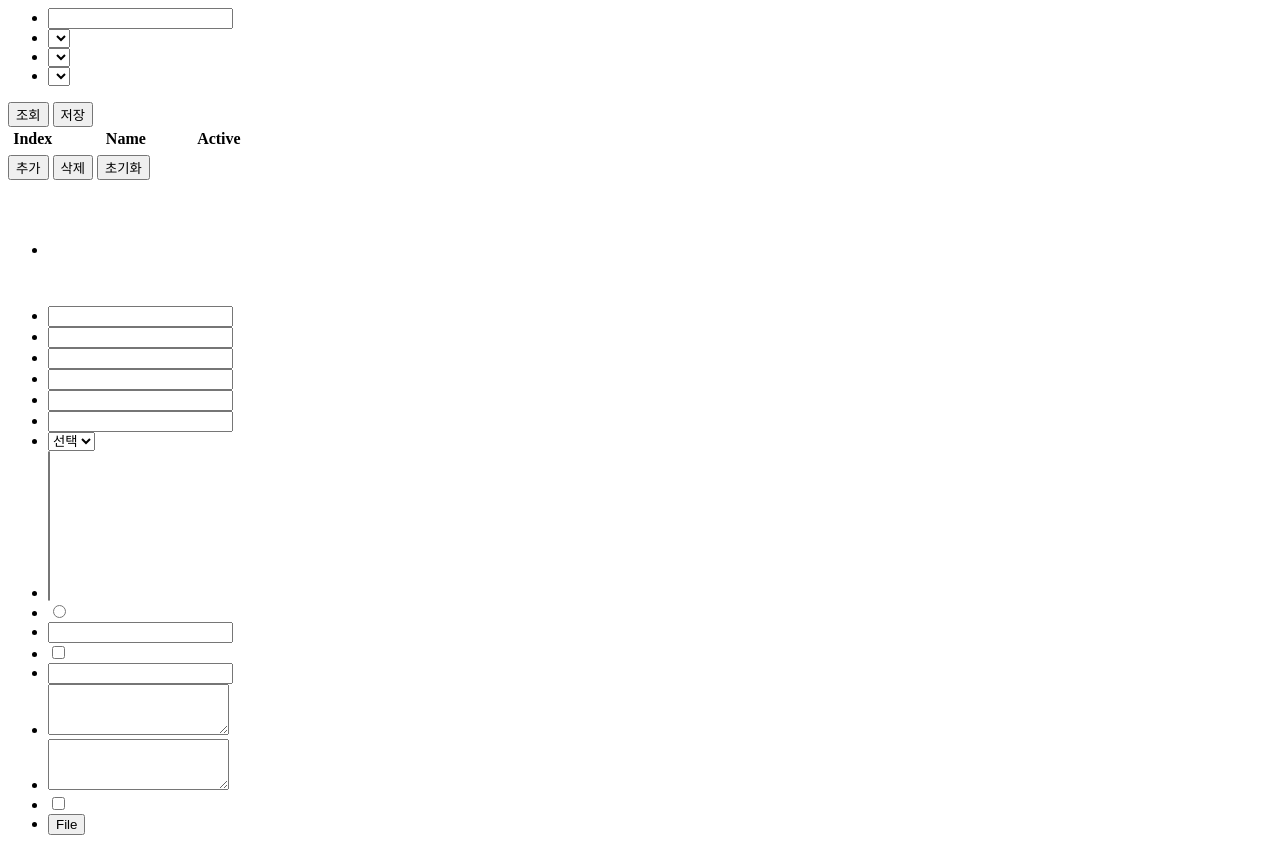
Repository: bbalganjjm/natural_js_boot
Page: src/main/resources/static/html/com/app/sample/type0401.html
The author's editor kept a copy of each file at every save. The page is drawn from the files as they stood at one save, then again after the next save.
The browser window is 1280 px wide. The pictures show the whole page.

Above is the page before, as saved 2021-03-18 17:18:26.
Console error: ReferenceError: N is not defined

### src/main/resources/static/html/com/app/sample/type0401.html
<article class="type0401">
    <div id="search" class="form__">
        <div class="criteria-panel">
            <ul>
                <li><input id="name" type="text" class="mdc-text-field" data-type="filled" data-label="Name"></li>
                <li><select id="age" class="mdc-njs-select" data-label="Age"><option value=""></option></select></li>
                <li><select id="gender" class="mdc-njs-select" data-label="Gender"><option value=""></option></select></li>
                <li><select id="eyeColor" class="mdc-njs-select" data-label="Eye Color"><option value=""></option></select></li>
            </ul>
        </div>
    </div>

    <div class="flex-horizental">
        <div style="max-width: 33%;">
            <div class="btn-panel">
                <button id="btnSearch" class="btn-search mdc-button mdc-button--raised" data-icon="youtube_searched_for">조회</button>
                <button id="btnSave" class="mdc-button" data-icon="save_alt">저장</button>
            </div>
            <table id="master" class="grid__">
                <colgroup>
                    <col style="width: 20%;">
                    <col style="width: 60%;">
                    <col style="width: 20%;">
                </colgroup>
                <thead>
                    <tr>
                        <th>Index</th>
                        <th>Name</th>
                        <th>Active</th>
                    </tr>
                </thead>
                <tbody>
                    <tr>
                        <td id="index" style="text-align: center;"></td>
                        <td id="name"></td>
                        <td id="isActive" style="text-align: center;"></td>
                    </tr>
                </tbody>
            </table>
        </div>

        <div>
            <div class="btn-panel">
                <button id="btnAdd" class="mdc-button" data-icon="playlist_add">추가</button>
                <button id="btnDelete" class="mdc-button" data-icon="delete_sweep">삭제</button>
                <button id="btnRevert" class="mdc-button" data-icon="restart_alt">초기화</button>
            </div>
            <ul id="detail" class="form__">
                <li>
                    <span rowspan="7" style="text-align: center; vertical-align: middle;">
                        <img id="picture" height="110">
                    </span>
                </li>
                <li>
                    <span><input id="name" type="text" data-validate='[["required"]]' class="mdc-text-field" data-type="filled" data-label="Name"></span>
                </li>
                <li>
                    <span>
                        <input id="deptNm" type="text" data-validate='[["required"]]' readonly="readonly" class="mdc-text-field" data-type="filled" data-label="Department Name" data-trailingicon="search">
                    </span>
                </li>
                <li>
                    <span><input id="email" type="text" data-validate='[["required"], ["email"]]' class="mdc-text-field" data-type="filled" data-label="Email"></span>
                </li>
                <li>
                    <span><input id="key" type="text" data-format='[["generic", "@@＊＊＊＊＊＊"]]' data-validate='[["required"]]' class="mdc-text-field" data-type="filled" data-label="Key"></span>
                </li>
                <li>
                    <span><input id="balance" type="text" data-format='[["numeric", "$#,###.##0"]]' data-validate='[["required"], ["number"]]' class="mdc-text-field" data-type="filled" data-label="Balance"></span>
                </li>
                <li>
                    <span><input id="phone" type="text" data-validate='[["required"]]' class="mdc-text-field" data-type="filled" data-label="Phone"></span>
                </li>
                <li>
                    <span><select id="eyeColor" data-validate='[["required"]]' class="mdc-njs-select" data-label="Eye Color"><option>선택</option></select></span>
                </li>
                <li>
                    <span rowspan="4">
                        <select id="company" multiple="multiple" data-validate='[["required"]]' style="height: 150px;"></select>
                    </span>
                </li>
                <li>
                    <span><input id="gender" type="radio"></span>
                </li>
                <li>
                    <span><input id="age" type="text" data-validate='[["required"], ["integer"]]' class="mdc-text-field" data-type="filled" data-label="Age"></span>
                </li>
                <li>
                    <span><input id="favoriteFruit" type="checkbox" data-validate='[["required"]]'></span>
                </li>
                <li>
                    <span><input id="registered" type="text" data-format='[["date", 8, "date"]]' data-validate='[["required"]]' class="mdc-text-field" data-type="filled" data-label="Registered"></span>
                </li>
                <li>
                    <span colspan="3"><textarea id="about" rows="3" data-validate='[["required"]]' class="mdc-text-field" title="About" data-width="100%"></textarea></span>
                </li>
                <li>
                    <span colspan="3"><textarea id="greeting" rows="3" data-validate='[["required"]]' class="mdc-text-field" title="Greeting" data-width="100%"></textarea></span>
                </li>
                <li>
                    <span colspan="3"><input id="isActive" type="checkbox"></span>
                </li>
                <li>
                    <span colspan="3"><button id="btnFile" class="mdc-button mdc-button--outlined" data-icon="file_present">File</button></span>
                </li>
            </ul>
        </div>
    </div>
</article>

<script type="text/javascript">
(function() {

    var cont = N(".type0401").cont({
        "p.select.gender" : [ "gender" ],
        "p.select.eyeColor" : [ "eyeColor" ],
        "p.select.company" : [ "company" ],
        "p.select.favoriteFruit" : [ "favoriteFruit" ],
        "p.select.age" : [ "c.getCommonCodeList", "age", "age", function(data) {
            return N(N.array.deduplicate(data, "age")).datasort("age");
        }],
        "p.form.search" : {
            "usage" : {
                "search-box" : {
                    "defaultButton" : ".btnSearch",
                    "events" : [{
                        "event" : "focusin",
                        "target" : "#name",
                        "handler" : function(e) {
                            N.log(e);
                        }
                    }]
                }
            }
        },
        "p.form.detail" : {
            revert : true,
            autoUnbind : true
        },
        "p.grid.master" : {
            height : 442,
            select : true,
            selectScroll : false,
            onSelect : function(index, rowEle, data, beforeRow, e) {
                // TODO 전처리

                APP.comm.utils.selectNBind.call(this, {
                    cont : cont,
                    form : "p.form.detail"
                });

                // 파일 요약 목록 생성
                if(data.length > 0) {
                    APP.comm.utils.getFileSummaryList(cont["p.form.detail"].val("fileId"), "fileName", 60, cont["e.btnFile.click"]);
                }

                // TODO 후처리
            },
            onBind : function(context, data, isFirstPage, isLastPage) {
                if(isFirstPage) {
                    this.select(0);
                }
            }
        },
        "p.popup.dept" : {
            url : "html/com/app/sample/type04P0.html",
            onOpen : "onOpen",
            onClose : function(onCloseData) {
                if (onCloseData) {
                    cont["p.form.detail"]
                    .val("deptNm", onCloseData.deptNm)
                    .val("deptCd", onCloseData.deptCd);
                }
            }
        },
        /**
         * 공통 파일 팝업.
         */
        "p.popup.file" : {
            onClose : function(onCloseData) {
                if(onCloseData) {
                    cont["p.form.detail"].val("fileId", onCloseData.fileId);

                	// 파일 요약 목록 생성
                    APP.comm.utils.createFileSummaryList(onCloseData.downloadList, "fileName", 60, cont["e.btnFile.click"]);
                }
            }
        },
        "c.getCommonCodeList" : function() {
            return N.comm("sample/getSampleList.json");
        },
        "c.getSampleList" : function() {
            return cont["p.form.search"].data(false).comm("sample/getSampleList.json");
        },
        "c.saveSample" : function() {
            return N(cont["p.grid.master"].data("modified")).comm({
                dataIsArray : true,dataIsArray : true, // Array 타입의 여러 행데이터가 1 개 일때는 자동으로 Object로 변환됩니다. 자동으로 변환되지 않게 하려면 dataIsArray 옵션을 true로 지정해 주세요.
                url : "sample/saveSample.json"
            });
        },
        "e.btnSearch.click" : function(e) {
            e.preventDefault();

            if (cont["p.form.search"].validate()) {
                cont["c.getSampleList"]().submit(function(data) {
                    // N.grid bind
                    cont["p.grid.master"].bind(data);
                });
            }
        },
        "e.deptNm.click" : function(e) {
            e.preventDefault();
            cont["p.popup.dept"].open(cont["p.form.detail"].data(true)[0]);
        },
        "e.btnSave.click" : function(e) {
            e.preventDefault();

            return APP.comm.utils.save.call(this, {
                cont : cont,
                comm : "c.saveSample",
                changed : "p.grid.master",
                validate : "p.form.detail",
                before : function() {
                    // TODO
                },
                after : function(data) {
                    cont["e.btnSearch.click"].click();
                }
            });
        },
        "e.btnAdd.click" : function(e) {
            e.preventDefault();

            if (cont["p.form.detail"].validate()) {
                cont["p.form.detail"].add();
            }
        },
        "e.btnDelete.click" : function(e) {
            e.preventDefault();

            cont["p.form.detail"].remove();
        },
        "e.btnRevert.click" : function(e) {
            e.preventDefault();

            if (cont["p.grid.master"].data("modified").length === 0) {
                N(window).alert(N.message.get(APP.comm.messages, "COMM-0001")).show();
                return false;
            }

            cont["p.form.detail"].revert();
        },
        "e.btnFile.click" : function(e) {
            e.preventDefault();

            cont["p.popup.file"].open(cont["p.form.detail"].val("fileId"));
        },
        init : function(view, request) {
			// cont.opener는 탭이 포함된 부모페이지의 Controller Object.
            if(cont.opener) {
                cont["p.form.search"].context().hide().prev("h3").hide().prev(".view-intro").hide();
				// 부모 페이지 컨트롤러의 검색 버튼 클릭
                cont.opener["e.btnSearch.click"].click();
            } else {
                cont["e.btnSearch.click"].click();
            }
        }
    });

})();
</script>

After the next save:
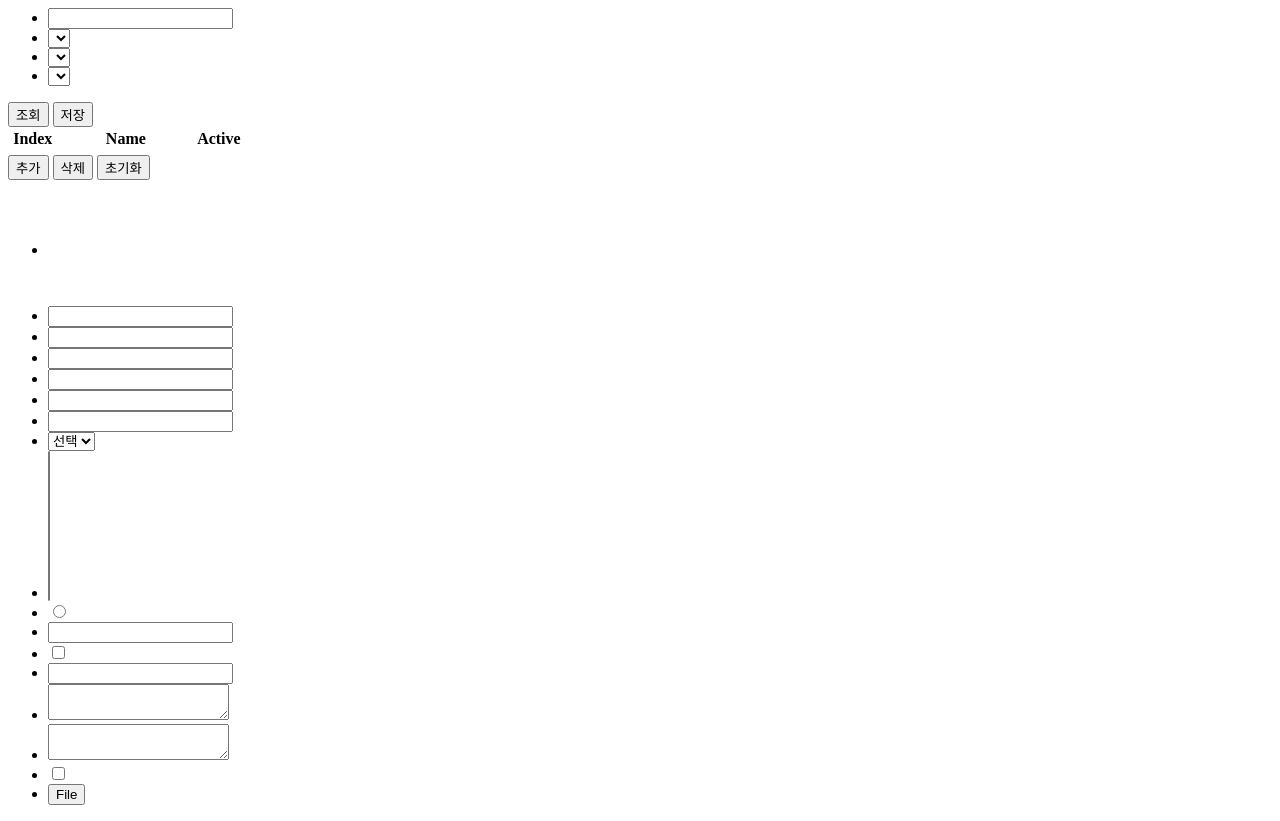
Saved 56 s later.
--- a/src/main/resources/static/html/com/app/sample/type0401.html
+++ b/src/main/resources/static/html/com/app/sample/type0401.html
@@ -92,10 +92,10 @@
                     <span><input id="registered" type="text" data-format='[["date", 8, "date"]]' data-validate='[["required"]]' class="mdc-text-field" data-type="filled" data-label="Registered"></span>
                 </li>
                 <li>
-                    <span colspan="3"><textarea id="about" rows="3" data-validate='[["required"]]' class="mdc-text-field" title="About" data-width="100%"></textarea></span>
-                </li>
-                <li>
-                    <span colspan="3"><textarea id="greeting" rows="3" data-validate='[["required"]]' class="mdc-text-field" title="Greeting" data-width="100%"></textarea></span>
+                    <span colspan="3"><textarea id="about" data-validate='[["required"]]' class="mdc-text-field" title="About" data-width="100%"></textarea></span>
+                </li>
+                <li>
+                    <span colspan="3"><textarea id="greeting" data-validate='[["required"]]' class="mdc-text-field" title="Greeting" data-width="100%" style="max-height: 120px;"></textarea></span>
                 </li>
                 <li>
                     <span colspan="3"><input id="isActive" type="checkbox"></span>

After the 2 saves that followed:
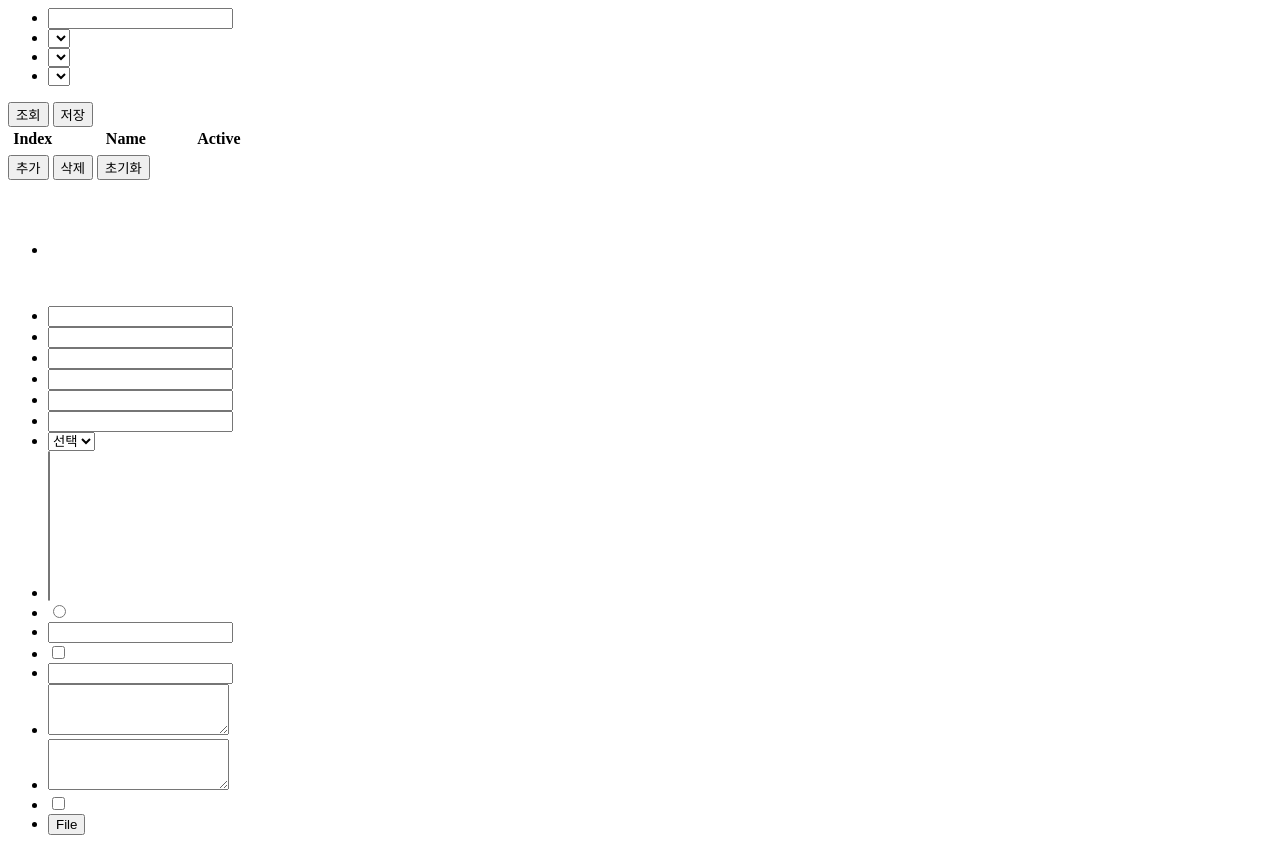
The 2 saves are shown as one change because 1 left the picture as it was.
The last was saved 51 s later.
--- a/src/main/resources/static/html/com/app/sample/type0401.html
+++ b/src/main/resources/static/html/com/app/sample/type0401.html
@@ -92,10 +92,10 @@
                     <span><input id="registered" type="text" data-format='[["date", 8, "date"]]' data-validate='[["required"]]' class="mdc-text-field" data-type="filled" data-label="Registered"></span>
                 </li>
                 <li>
-                    <span colspan="3"><textarea id="about" data-validate='[["required"]]' class="mdc-text-field" title="About" data-width="100%"></textarea></span>
-                </li>
-                <li>
-                    <span colspan="3"><textarea id="greeting" data-validate='[["required"]]' class="mdc-text-field" title="Greeting" data-width="100%" style="max-height: 120px;"></textarea></span>
+                    <span colspan="3"><textarea id="about" rows="3" data-validate='[["required"]]' class="mdc-text-field" title="About" data-width="100%"></textarea></span>
+                </li>
+                <li>
+                    <span colspan="3"><textarea id="greeting" rows="3" data-validate='[["required"]]' class="mdc-text-field" title="Greeting" data-width="100%"></textarea></span>
                 </li>
                 <li>
                     <span colspan="3"><input id="isActive" type="checkbox"></span>
